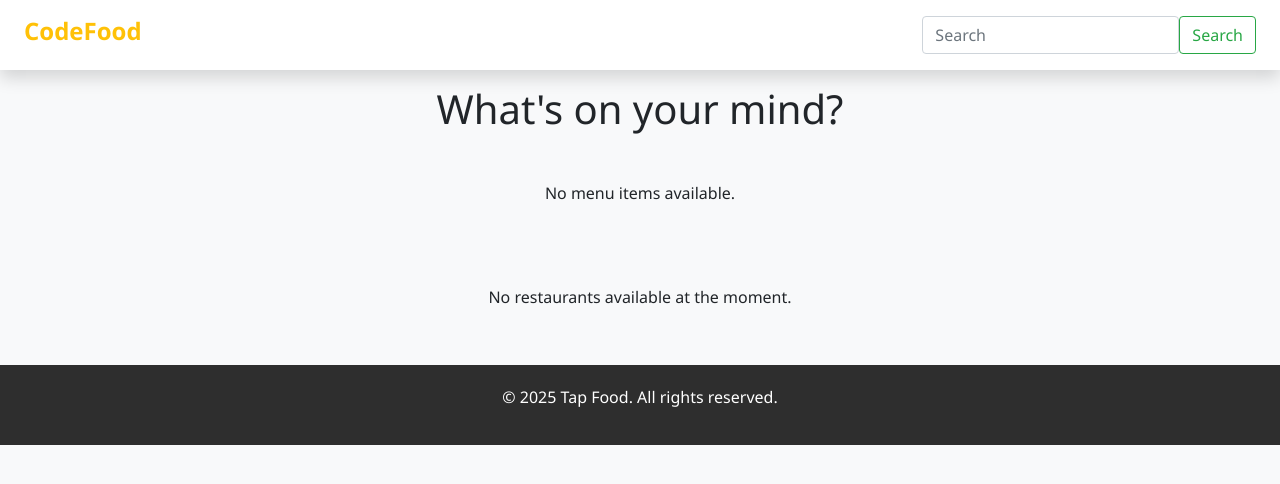
Repository: Rupeswarbhainsa777/Food-Web-App
Page: http://localhost/TapFoodApp/resturent.jsp
An editor plug-in stored every save of this project. The page is shown before and after the next save, followed by the edit.
The browser window is 1280 px wide. The pictures show the whole page.
The page is served by Tomcat 10. Nobody is signed in. The application's start-up code is not run. Other server files are loaded and not shown. Queries for data that is not in the repository find no rows.

Above is the page before, as saved 2025-05-02 18:20:06.

### TapFoodApp/src/main/webapp/resturent.jsp
<%@ page import="java.util.List"%>
<%@ page import="com.tap.modeal.Restaurant"%>
<%@ page import="com.tap.modeal.User"%>
<%@ page import="com.tap.modeal.Dish"%>
<%@ page import="com.tap.Dao.Dishdao"%>
<%@ page import="com.tap.DaoImple.DishDAOImp"%>
<%@ page contentType="text/html;charset=UTF-8" language="java"%>
<%@ page import="com.tap.modeal.Dish" %>
<%
User user = (User) session.getAttribute("user1");
List<Restaurant> restaurants = (List<Restaurant>) session.getAttribute("restaurant");
DishDAOImp dishDAO = new DishDAOImp();
Dish specialDish = dishDAO.getSpecialDish();
%>
<!DOCTYPE html>
<html lang="en">
<head>
<meta charset="UTF-8">
<title>Tap Food - Restaurants</title>
<link rel="stylesheet" href="https://stackpath.bootstrapcdn.com/bootstrap/4.5.2/css/bootstrap.min.css">
<link rel="stylesheet" href="https://cdn.jsdelivr.net/npm/bootstrap-icons@1.5.0/font/bootstrap-icons.css">
<style>
body {
	background-color: #f8f9fa;
	font-family: 'Segoe UI', sans-serif;
}
.navbar {
	background-color: #fc8019;
}
.navbar-brand, .nav-link {
	color: white;
}
.hero {
    display: flex;
    justify-content: space-between;
    align-items: center;
    height: 100vh;
    padding: 50px;
    background-color: #f9f9f9;
    transition: all 0.5s ease-in-out;
}
..hero-text, .hero-image {
    flex: 1;
    transition: transform 0.5s ease, opacity 0.5s ease;
}
.hero-text .special {
	font-weight: bold;
}
.hero-text h1 {
	font-size: 3rem;
	margin: 0.5rem 0;
}
.hero-text button {
	padding: 0.7rem 1.2rem;
	font-size: 1rem;
	background-color: navy;
	color: white;
	border: none;
	cursor: pointer;
}
.hero-image img {
	width: 400px;
	border-radius: 10px;
}
.footer {
	background-color: #2e2e2e;
	color: white;
	padding: 20px 0;
	margin-top: 40px;
	text-align: center;
}
.submit-button {
	background-color: #3D90D7;
	border: none;
	color: white;
	padding: 10px 20px;
	margin-top: 10px;
	cursor: pointer;
	border-radius: 5px;
}
.submit-button:hover {
	background-color: #e57012;
}

/* 🎯 Restaurant card hover effect */
.card {
	border-radius: 12px;
	transition: all 0.3s ease-in-out;
	box-shadow: 0 2px 6px rgba(0, 0, 0, 0.1);
	border: none;
}
.card:hover {
	transform: translateY(-5px);
	box-shadow: 0 10px 25px rgba(255, 77, 77, 0.25),
	            0 0 0 3px rgba(255, 77, 77, 0.1); /* Zomato-like glow */
}

/* Ensure image inside card scales well */
.card img {
	height: 200px;
	object-fit: cover;
	border-top-left-radius: 12px;
	border-top-right-radius: 12px;
}






.swap-left {
    transform: translateX(-100px);
    opacity: 0;
}

.swap-right {
    transform: translateX(100px);
    opacity: 0;
}


        .grid-container {
            display: grid;
            grid-template-columns: repeat(auto-fit, minmax(150px, 1fr));
            gap: 30px;
            padding: 40px;
        }

        .grid-item {

            padding: 20px;
            border-radius: 12px;

            text-align: center;
            transition: transform 0.3s ease;
        }

        .grid-item:hover {
            transform: translateY(-5px);
        }

        .grid-item img {
            width: 100px;
            height: 100px;
            object-fit: cover;
            border-radius: 8px;
            margin-bottom: 10px;
        }

        .item-name {
            font-weight: bold;
            font-size: 16px;
            color: #333;
            margin-top: 8px;
        }
  .heading{
   font-size: 2.5rem;
      margin-top: 15px;
  display: flex;
      align-items: center;
      justify-content: center;

  }
</style>



</head>
<body>

	<header class="d-flex justify-content-between align-items-center px-4 py-3 shadow bg-white">
		<div class="h4 text-warning font-weight-bold" >CodeFood</div>

			   <form class="d-flex" role="search">
      <input class="form-control me-2" type="search" placeholder="Search" aria-label="Search">
      <button class="btn btn-outline-success" type="submit">Search</button>
    </form>

	</header>

<h1 class="heading">What's on your mind?</h1>
<div class="grid-container">
        <%
        List<Dish> obj = (List<Dish>) session.getAttribute("dishlist");
        if (obj != null) {
            List<Dish> menuList = obj;
            for (Dish item : menuList)  {
        %>
            <div class="grid-item">
                <img src="<%= item.getImagePath() %>" alt="<%= item.getName() %>">
                <div class="item-name"><%= item.getName() %></div>
            </div>
        <%
                }
            } else {
        %>
            <p style="text-align:center; grid-column: 1 / -1;">No menu items available.</p>
        <%
            }
        %>
    </div>


	<!-- Restaurant Cards -->
	<div class="container mt-4">
		<div class="row">
			<%
			if (restaurants != null && !restaurants.isEmpty()) {
				for (Restaurant res : restaurants) {
			%>
			<div class="col-md-4 mb-4">
				<div class="card">
					<img src="<%=res.getImagepath()%>" class="card-img-top" alt="<%=res.getName()%>">
					<div class="card-body">
						<h5 class="card-title font-weight-bold"><%=res.getName()%></h5>
						<div class="d-flex justify-content-between mb-2">
							<div>
								<i class="bi bi-star-fill text-warning"></i>
								<%=res.getRating()%>
							</div>
							<div>
								<i class="bi bi-clock"></i>
								<%=res.getEta()%>
							</div>
						</div>
						<p class="mb-1"><%=res.getCuisineType()%></p>
						<p class="text-muted"><%=res.getAddress()%></p>
						<div class="text-center">
							<a href="Menu?restaurantId=<%=res.getRestaurantId()%>">
								<input type="submit" value="View Menu" class="submit-button">
							</a>
						</div>
					</div>
				</div>
			</div>
			<%
				}
			} else {
			%>
			<div class="col-12">
				<p class="text-center">No restaurants available at the moment.</p>
			</div>
			<%
			}
			%>
		</div>
	</div>

	<footer class="footer">
		<p>&copy; 2025 Tap Food. All rights reserved.</p>
	</footer>




	<!-- java script -->


</body>
</html>

### TapFoodApp/src/main/java/com/tap/Dao/Dishdao.java
package com.tap.Dao;
import java.util.*;

import com.tap.modeal.Dish;

public interface Dishdao
{
	Dish getSpecialDish();
   List<Dish> getAllDishes();
}

### TapFoodApp/src/main/java/com/tap/DaoImple/DishDAOImp.java
package com.tap.DaoImple;

import java.sql.Connection;
import java.sql.DriverManager;
import java.sql.PreparedStatement;
import java.sql.ResultSet;
import java.sql.SQLException;
import java.sql.Statement;
import java.util.ArrayList;
import java.util.List;

import com.tap.Dao.Dishdao;
import com.tap.modeal.Dish;
import com.tap.modeal.Restaurant;

public class DishDAOImp implements Dishdao {

	private final String url = "jdbc:mysql://localhost:3306/foodapp";
	private final String username = "root";
	private final String password = "@sumit222";
	private final String sql = "SELECT * FROM `dish` WHERE `id` = 1";
	private final String selectAll = "SELECT * FROM `dish`";
    String insertQuery = "INSERT INTO `dish` (`name`, `description`, `imagepath`) VALUES (?, ?, ?)";


	PreparedStatement ps = null;
	ResultSet rs = null;
	Connection con = null;

	public DishDAOImp() {
		try {
			Class.forName("com.mysql.cj.jdbc.Driver");

			con = DriverManager.getConnection(url, username, password);
		} catch (Exception e) {
			// TODO Auto-generated catch block
			e.printStackTrace();
		}

	}

	@Override
	public List<Dish> getAllDishes() {
	    List<Dish> list = new ArrayList<>();


	    try (Statement stmt = con.createStatement();
	         ResultSet rs = stmt.executeQuery(selectAll)) {

	        while (rs.next()) {
	            Dish dish = mapAllDish(rs);
	            if (dish != null) {
	                list.add(dish);
	            }
	        }
	    } catch (SQLException e) {
	        e.printStackTrace();
	    }

	    return list;
	}


	private Dish mapAllDish(ResultSet re) {
	    try {

	        String name = re.getString("name");
	        String des = re.getString("description");
	        String imagePath = re.getString("imagepath");



	        return new Dish(name, des, imagePath);
	    } catch (SQLException e) {
	        e.printStackTrace();
	        return null; // Optional: return null to indicate failure
	    }
	}


	@Override
	public Dish getSpecialDish() {
		Dish dish = null;

		try {
			ps = con.prepareStatement(sql);
			rs = ps.executeQuery();

			if (rs.next()) {
				dish = new Dish();
				dish.setId(rs.getInt("id"));
				dish.setName(rs.getString("name"));
				dish.setDescription(rs.getString("description"));
				dish.setImagePath(rs.getString("imagepath"));

			}

		} catch (Exception e) {

		}

		return dish;
	}
	public boolean addDish(Dish dish) {

	    try (
	    PreparedStatement ps = con.prepareStatement(insertQuery)) {
	        ps.setString(1, dish.getName());
	        ps.setString(2, dish.getDescription());
	        ps.setString(3, dish.getImagePath());


	        int rows = ps.executeUpdate();
	        return rows > 0;
	    } catch (SQLException e) {
	        e.printStackTrace();
	        return false;
	    }
	}

}

After the next save:
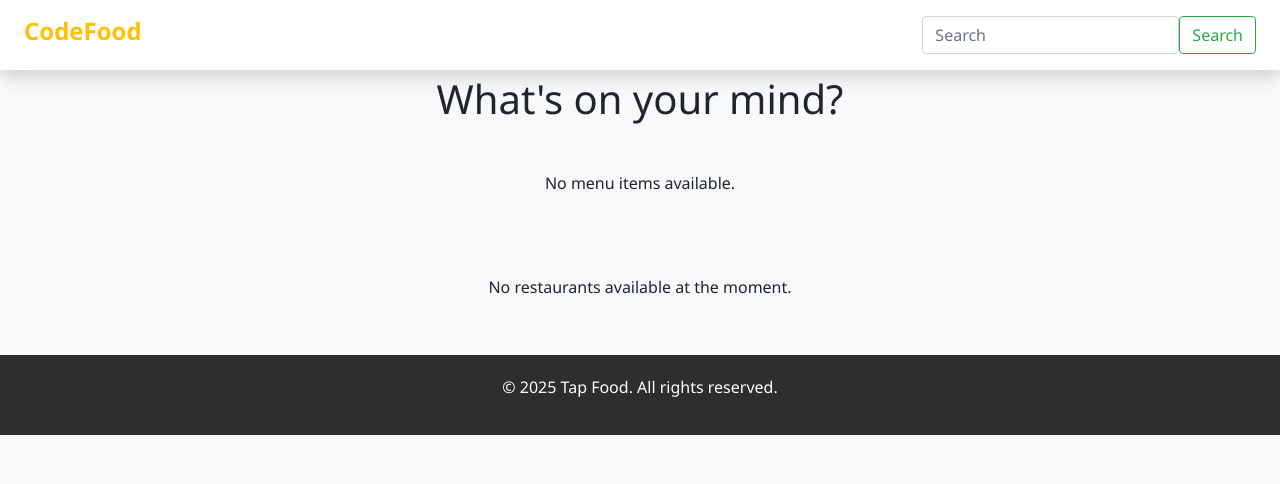
Saved 9 s later.
--- a/TapFoodApp/src/main/webapp/resturent.jsp
+++ b/TapFoodApp/src/main/webapp/resturent.jsp
@@ -155,7 +155,7 @@
         }
   .heading{
    font-size: 2.5rem;
-      margin-top: 15px;
+      margin-top: 5px;
   display: flex;
       align-items: center;
       justify-content: center;

After the save that followed:
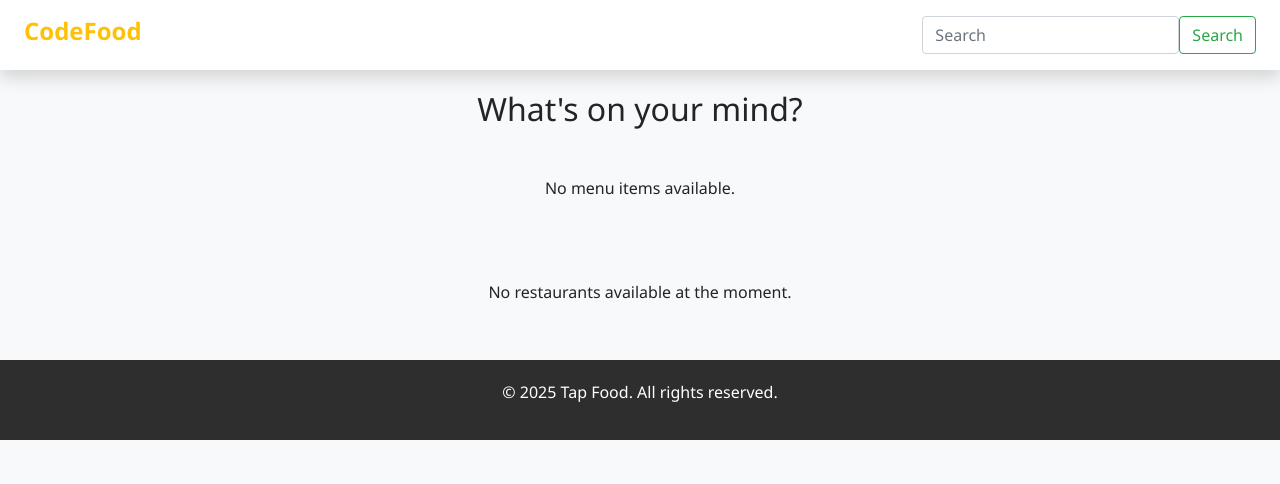
Saved 8 s later.
--- a/TapFoodApp/src/main/webapp/resturent.jsp
+++ b/TapFoodApp/src/main/webapp/resturent.jsp
@@ -154,8 +154,8 @@
             margin-top: 8px;
         }
   .heading{
-   font-size: 2.5rem;
-      margin-top: 5px;
+   font-size: 2rem;
+      margin-top: 20px;
   display: flex;
       align-items: center;
       justify-content: center;
